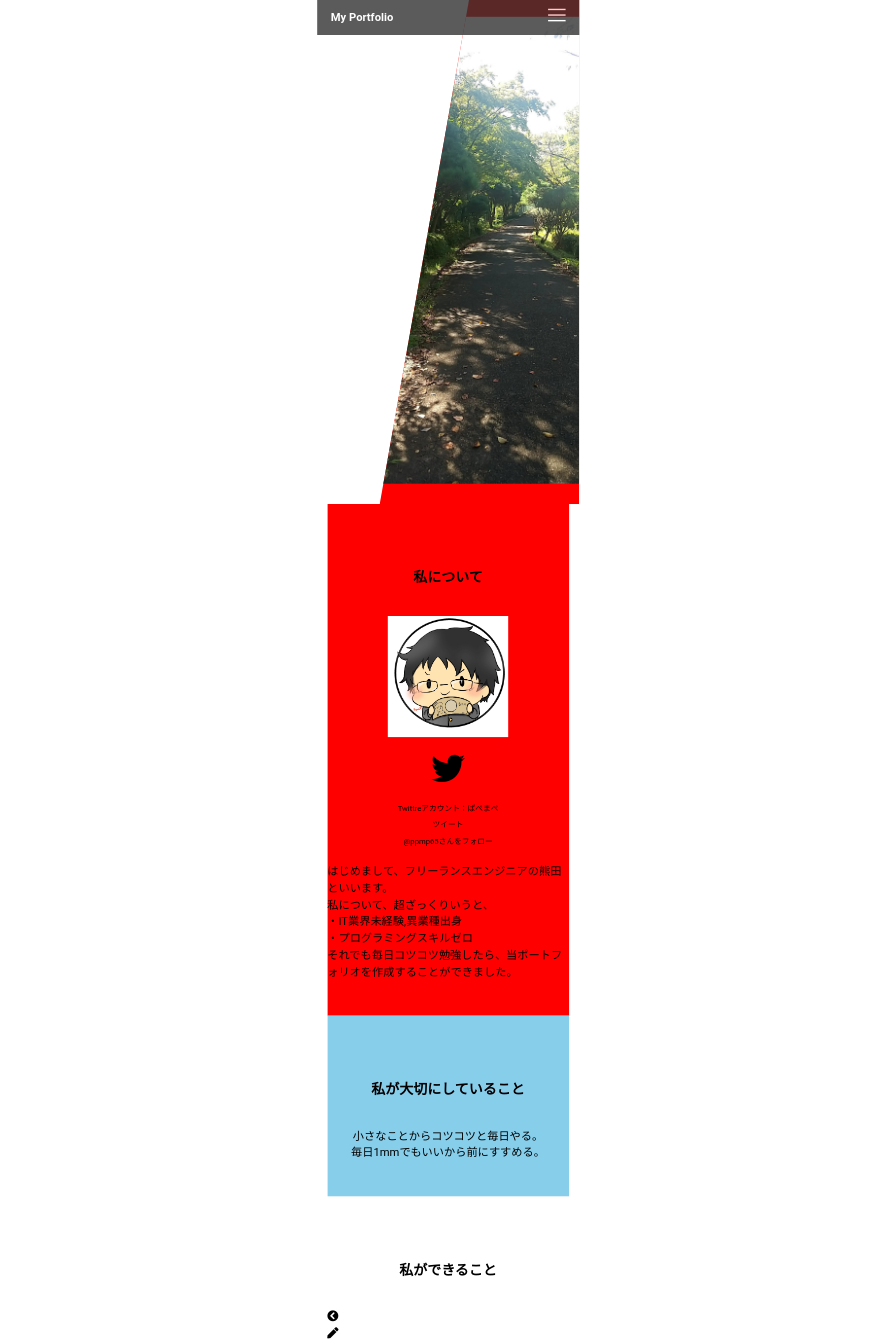
Repository: ppmp556/portfolio6
Page: index copy.html
These files come from the project's save history. The page is drawn as it stood at one moment and after the next save; the edit follows.
The browser window is 1280 px wide. The pictures show the part of the page from y = 0 to 1920 px (the page is 3189 px tall), at 70% of full size.
Some web libraries are served in a nearby version. The style sheet was rebuilt from its Sass, Less or Tailwind sources for each picture, by a compiler version that may differ from the author's.

Above is the page before, as saved 2020-10-12 21:44:50.
Console error: TypeError: Cannot read properties of null (reading 'addEventListener')

After the next save:
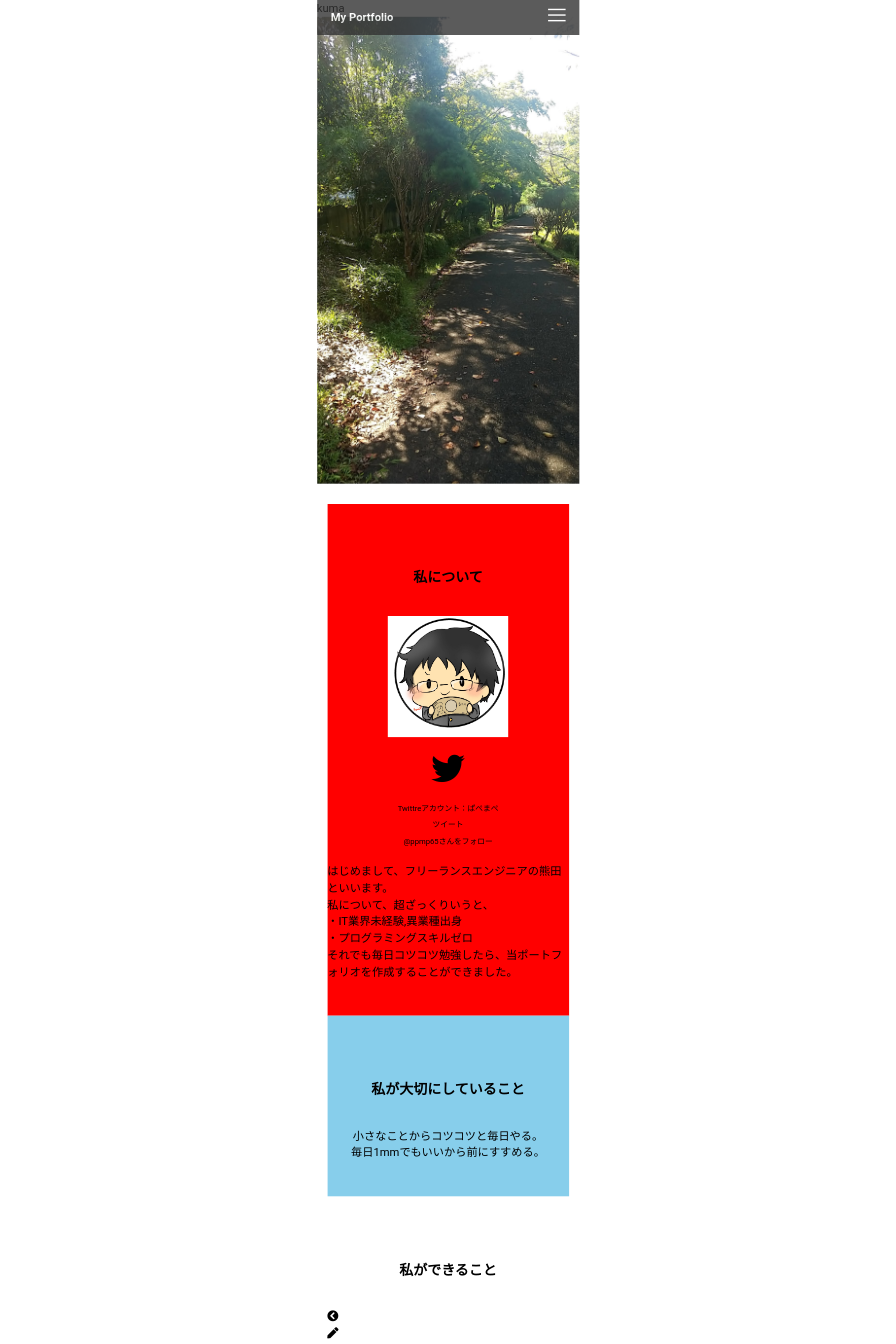
Saved 6 min 19 s later.
--- a/css/main.scss
+++ b/css/main.scss
@@ -128,11 +128,11 @@ kv
     position: relative;
 
 
+
     &_container {
         height: 100vh;
-        background: red;
-
-        clip-path: polygon(58% 0, 100% 0, 100% 100%, 24% 100%);
+
+        clip-path: polygon([red]58% 0, 100% 0, 100% 100%, 24% 100%);
 
     }
 
